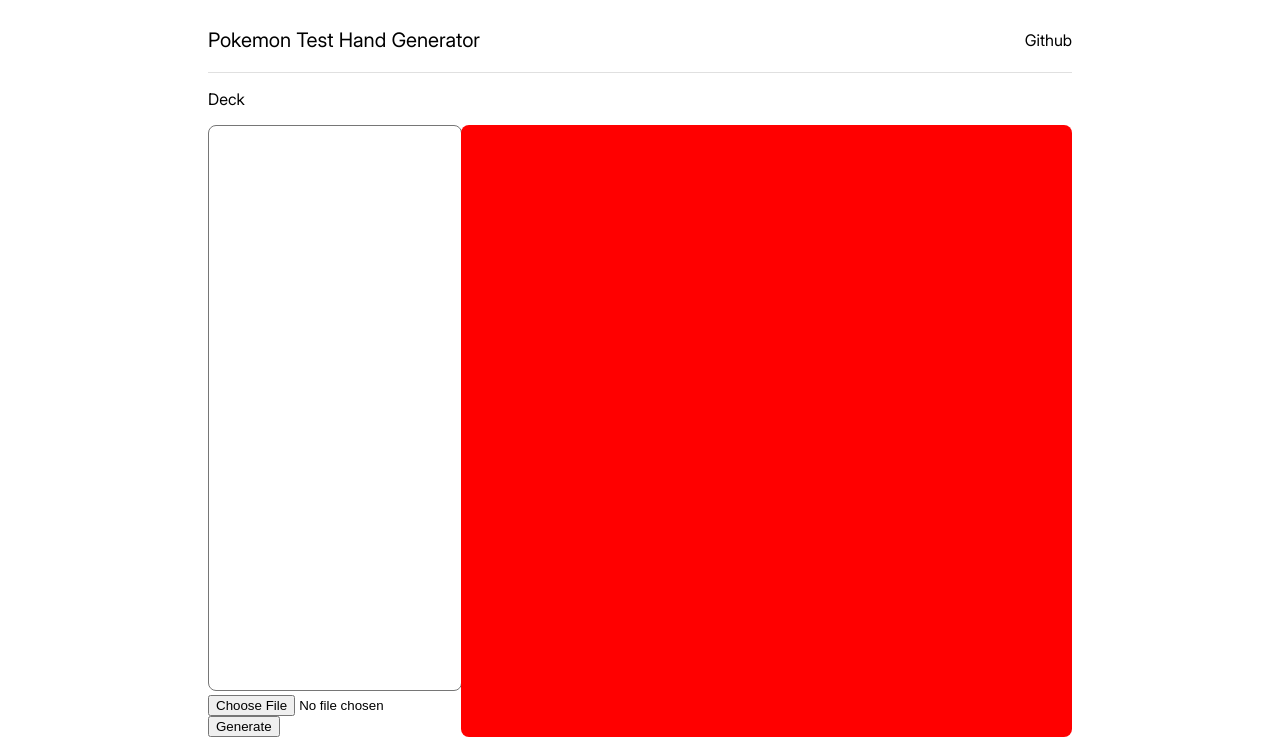
Repository: danielj1415/test-hand-simulator
Page: /
The author's editor kept a copy of each file at every save. The page is drawn from the files as they stood at one save, then again after the next save.
The browser window is 1280 px wide. The pictures show the whole page.
The project was rebuilt for these pictures with package versions that can differ from the ones it lists, and the page was loaded fresh each time. Also part of the build but not shown: vite.config.ts, src/index.css.

Above is the page before, as saved 2024-10-31 17:57:55.

After the next save:
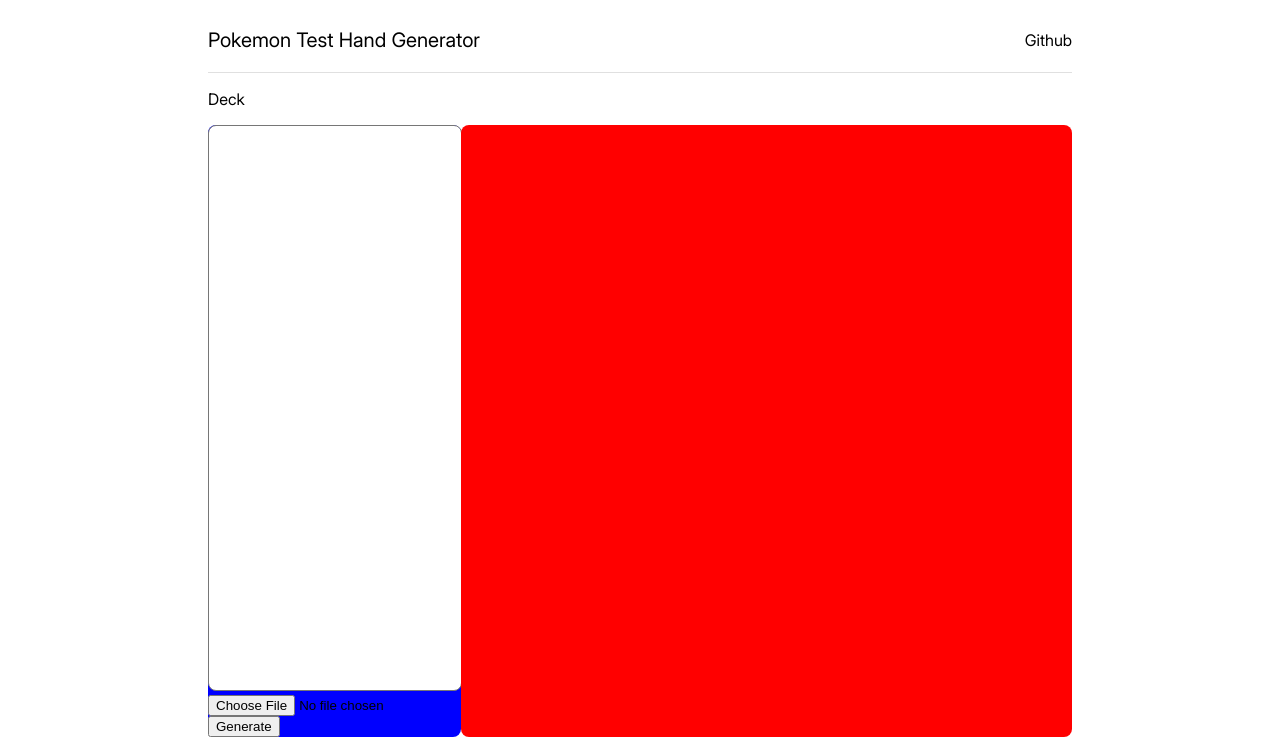
Saved 9 s later.
--- a/src/App.css
+++ b/src/App.css
@@ -41,6 +41,7 @@
 .inputDeck{
   width: 33%;
   border-radius: 8px;
+  background-color: blue;
 }
 
 .testHands{
